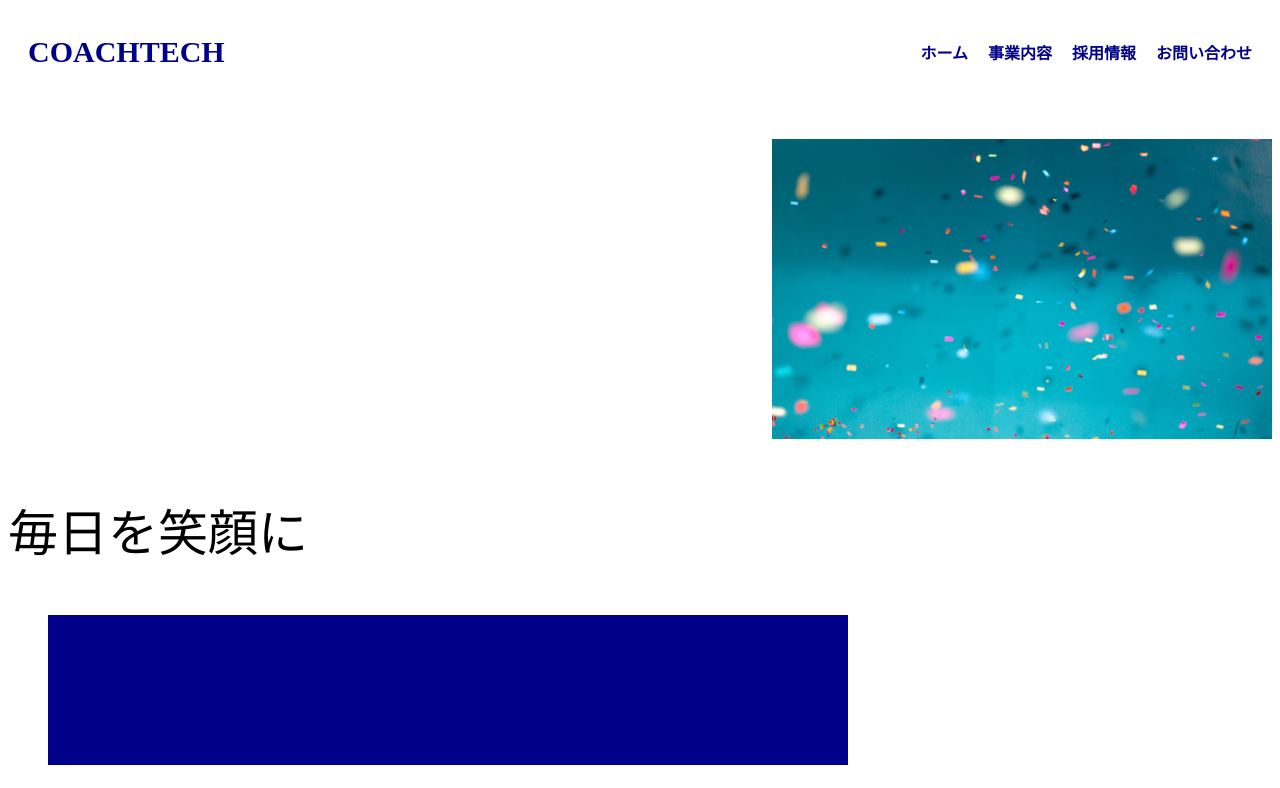
Repository: moro-ayu3/20230213_morohoshi
Page: index.html
These files come from the project's save history. The page is drawn as it stood at one moment and after a run of saves; the edit follows.
The browser window is 1280 px wide. The pictures show the whole page.

Above is the page before, as saved 2023-02-14 21:18:13.

After the next 4 saves:
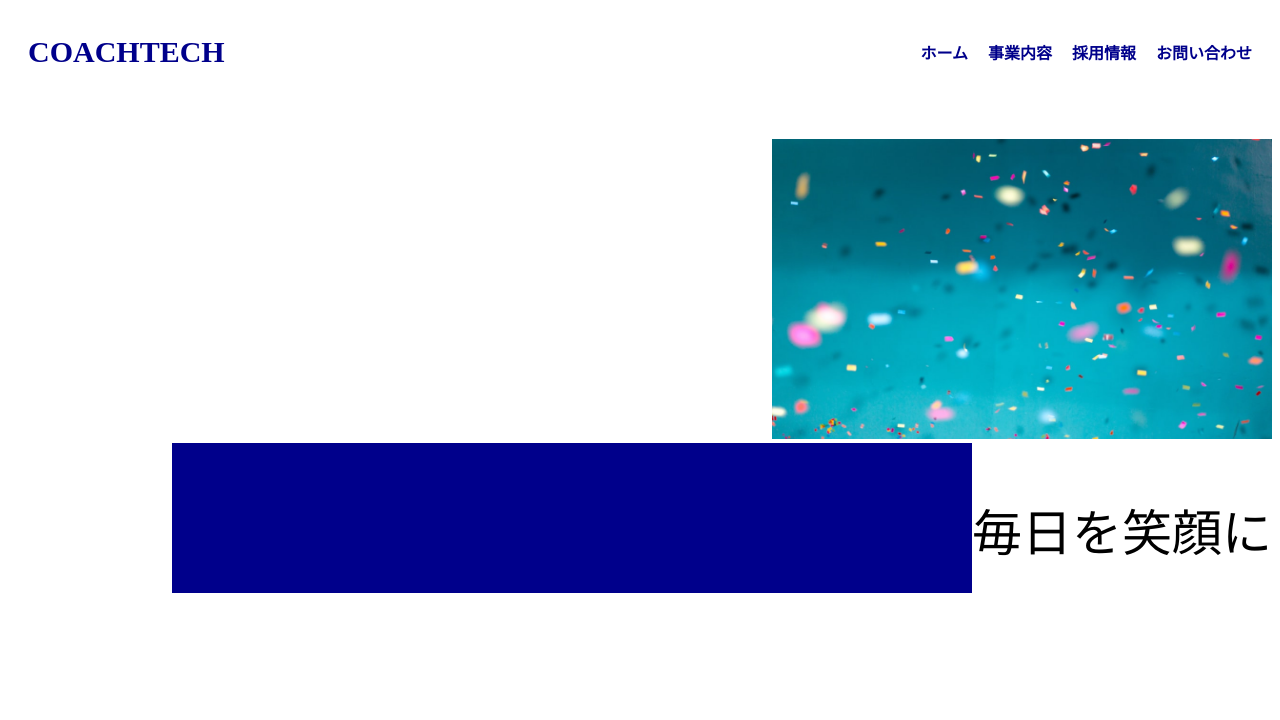
The 4 saves are shown as one change because they came seconds apart.
The last was saved 32 s later.
--- a/style.css
+++ b/style.css
@@ -41,7 +41,7 @@
 
 .flex {
   display: flex;
-  flex-direction: column;
+  flex-direction: row-reverse;
 }
 
 .main-ttl {

After the 3 saves that followed:
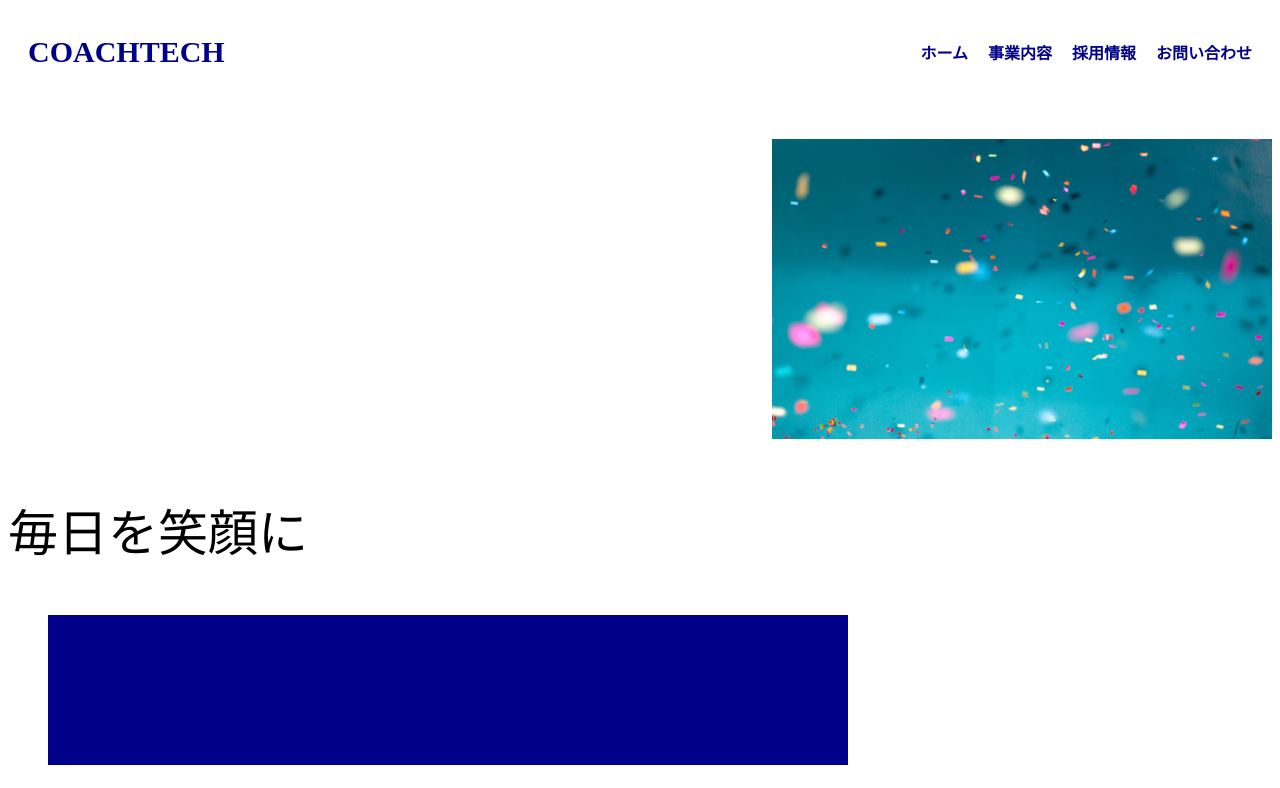
The 3 saves are shown as one change because they came seconds apart.
The last was saved 21 s later.
--- a/style.css
+++ b/style.css
@@ -41,7 +41,7 @@
 
 .flex {
   display: flex;
-  flex-direction: row-reverse;
+  flex-direction: column;
 }
 
 .main-ttl {
